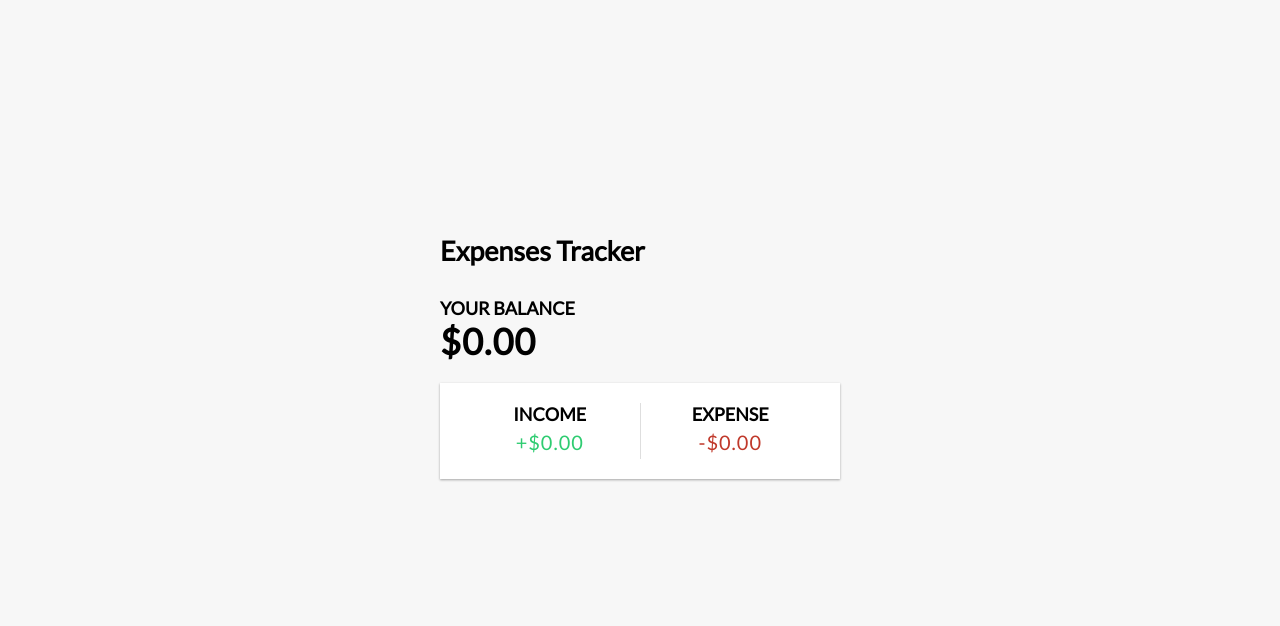
Repository: AyushMahatara/VUE-expense-tracker-app
Page: /
The author's editor kept a copy of each file at every save. The page is drawn from the files as they stood at one save, then again after the next save.
The browser window is 1280 px wide. The pictures show the whole page.
The project was rebuilt for these pictures with package versions that can differ from the ones it lists, and the page was loaded fresh each time. Also part of the build but not shown: vite.config.js. Imported but missing from the stored project, and not drawn on this page: src/components/IncomeExpenses.vue.

Above is the page before, as saved 2023-12-29 14:17:25.

After the next save:
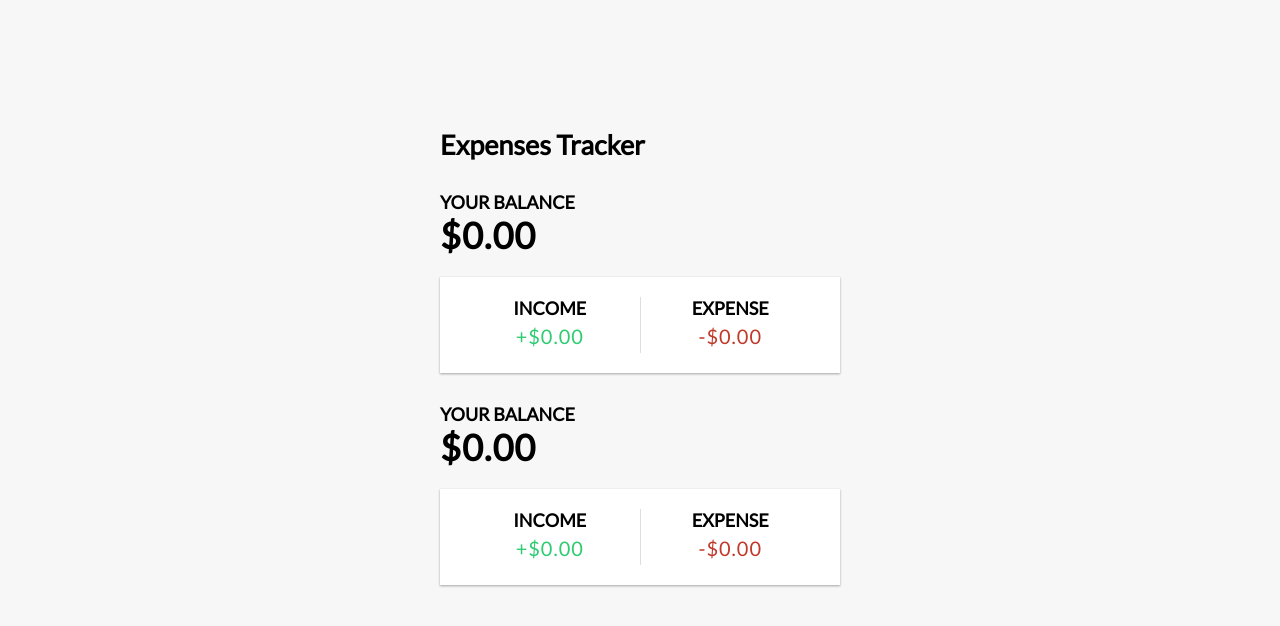
Saved 20 s later.
--- a/src/App.vue
+++ b/src/App.vue
@@ -1,9 +1,11 @@
 <template>
   <Header />
+  <Balance />
   <Balance />
 </template>
 
 <script setup>
 import Header from "./components/Header.vue";
 import Balance from "./components/Balance.vue";
+import IncomeExpenses from "./components/IncomeExpenses.vue";
 </script>
